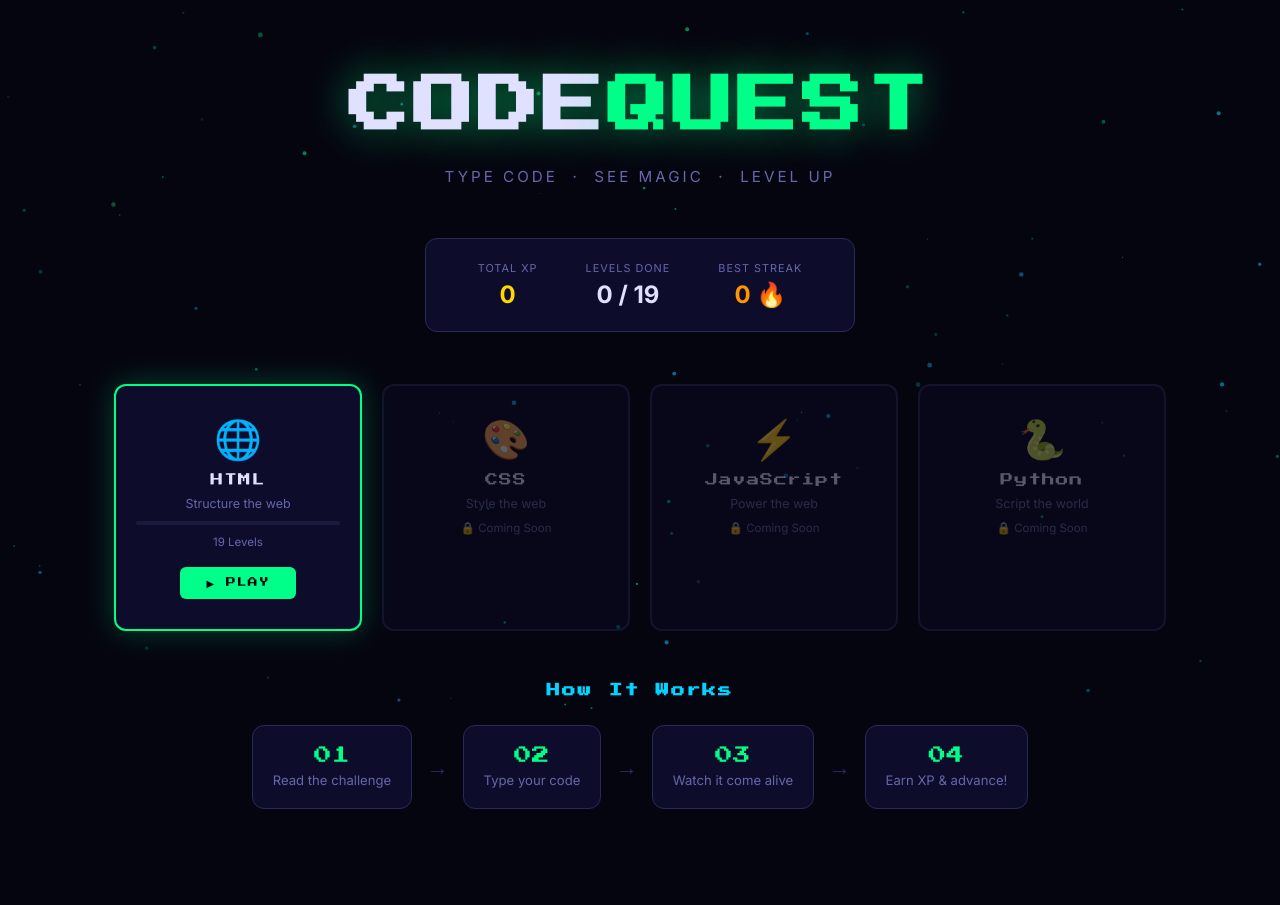
Repository: IBNKHALID06/CodeQuest
Page: index.html
The author's editor kept a copy of each file at every save. The page is drawn from the files as they stood at one save, then again after the next save.
The browser window is 1280 px wide. The pictures show the whole page.

Above is the page before, as saved 2026-03-17 01:31:45.

### index.html
<!DOCTYPE html>
<html lang="en">
<head>
  <meta charset="UTF-8">
  <meta name="viewport" content="width=device-width, initial-scale=1.0">
  <title>CodeQuest — Learn to Code by Playing</title>
  <link rel="preconnect" href="https://fonts.googleapis.com">
  <link rel="preconnect" href="https://fonts.gstatic.com" crossorigin>
  <link href="https://fonts.googleapis.com/css2?family=Press+Start+2P&family=Fira+Code:wght@400;500;600&family=Inter:wght@400;500;600;700&display=swap" rel="stylesheet">
  <link rel="stylesheet" href="css/style.css">
</head>
<body class="menu-page">

  <canvas id="bg-canvas"></canvas>

  <main class="menu-main">

    <div class="title-section">
      <h1 class="game-title">CODE<span class="title-accent">QUEST</span></h1>
      <p class="game-subtitle">Type code &nbsp;·&nbsp; See magic &nbsp;·&nbsp; Level up</p>
    </div>

    <div class="stats-bar">
      <div class="stat">
        <span class="stat-label">Total XP</span>
        <span class="stat-value gold" id="total-xp">0</span>
      </div>
      <div class="stat">
        <span class="stat-label">Levels Done</span>
        <span class="stat-value" id="levels-done">0 / 19</span>
      </div>
      <div class="stat">
        <span class="stat-label">Best Streak</span>
        <span class="stat-value accent" id="best-streak">0 🔥</span>
      </div>
    </div>

    <div class="language-grid">

      <div class="lang-card active" onclick="startGame('html')">
        <div class="lang-icon">🌐</div>
        <div class="lang-name">HTML</div>
        <div class="lang-desc">Structure the web</div>
        <div class="lang-progress">
          <div class="progress-bar" id="html-bar" style="width:0%"></div>
        </div>
        <div class="lang-levels">19 Levels</div>
        <div class="play-btn">▶ PLAY</div>
      </div>

      <div class="lang-card locked">
        <div class="lang-icon">🎨</div>
        <div class="lang-name">CSS</div>
        <div class="lang-desc">Style the web</div>
        <div class="lang-levels locked-text">🔒 Coming Soon</div>
      </div>

      <div class="lang-card locked">
        <div class="lang-icon">⚡</div>
        <div class="lang-name">JavaScript</div>
        <div class="lang-desc">Power the web</div>
        <div class="lang-levels locked-text">🔒 Coming Soon</div>
      </div>

      <div class="lang-card locked">
        <div class="lang-icon">🐍</div>
        <div class="lang-name">Python</div>
        <div class="lang-desc">Script the world</div>
        <div class="lang-levels locked-text">🔒 Coming Soon</div>
      </div>

    </div>

    <div class="how-it-works">
      <h2 class="section-title">How It Works</h2>
      <div class="steps">
        <div class="step">
          <div class="step-num">01</div>
          <div class="step-text">Read the challenge</div>
        </div>
        <div class="step-arrow">→</div>
        <div class="step">
          <div class="step-num">02</div>
          <div class="step-text">Type your code</div>
        </div>
        <div class="step-arrow">→</div>
        <div class="step">
          <div class="step-num">03</div>
          <div class="step-text">Watch it come alive</div>
        </div>
        <div class="step-arrow">→</div>
        <div class="step">
          <div class="step-num">04</div>
          <div class="step-text">Earn XP &amp; advance!</div>
        </div>
      </div>
    </div>

  </main>

  <script>
    function loadStats() {
      const data = JSON.parse(localStorage.getItem('codequest') || '{}');
      document.getElementById('total-xp').textContent = (data.totalXP || 0).toLocaleString();
      const completed = (data.completed || []).length;
      document.getElementById('levels-done').textContent = completed + ' / 19';
      document.getElementById('best-streak').textContent = (data.bestStreak || 0) + ' 🔥';
      document.getElementById('html-bar').style.width = ((completed / 19) * 100) + '%';
    }

    function startGame(lang) {
      window.location.href = 'game.html?lang=' + lang;
    }

    // Particle background
    const canvas = document.getElementById('bg-canvas');
    const ctx = canvas.getContext('2d');
    function resizeCanvas() {
      canvas.width = window.innerWidth;
      canvas.height = window.innerHeight;
    }
    resizeCanvas();
    window.addEventListener('resize', resizeCanvas);

    const particles = Array.from({ length: 90 }, () => ({
      x: Math.random() * canvas.width,
      y: Math.random() * canvas.height,
      size: Math.random() * 2 + 0.5,
      speedX: (Math.random() - 0.5) * 0.4,
      speedY: -(Math.random() * 0.5 + 0.15),
      opacity: Math.random() * 0.45 + 0.1,
      color: Math.random() > 0.5 ? '#00ff88' : '#00d4ff'
    }));

    function animateBg() {
      ctx.clearRect(0, 0, canvas.width, canvas.height);
      particles.forEach(p => {
        p.x += p.speedX;
        p.y += p.speedY;
        if (p.y < -5) { p.y = canvas.height + 5; p.x = Math.random() * canvas.width; }
        ctx.beginPath();
        ctx.arc(p.x, p.y, p.size, 0, Math.PI * 2);
        ctx.fillStyle = p.color;
        ctx.globalAlpha = p.opacity;
        ctx.fill();
      });
      ctx.globalAlpha = 1;
      requestAnimationFrame(animateBg);
    }
    animateBg();

    loadStats();
  </script>

</body>
</html>

### css/style.css
/* ══════════════════════════════════════════
   CodeQuest — Game Stylesheet
   ══════════════════════════════════════════ */

/* ── Variables ─────────────────────────── */
:root {
  --bg:            #050510;
  --surface:       #0d0d2b;
  --surface2:      #1a1a3e;
  --border:        #2a2a5a;
  --primary:       #00ff88;
  --primary-dim:   rgba(0, 255, 136, 0.12);
  --secondary:     #00d4ff;
  --secondary-dim: rgba(0, 212, 255, 0.12);
  --accent:        #ff9500;
  --danger:        #ff4757;
  --gold:          #ffd700;
  --text:          #e0e0ff;
  --text-dim:      #6666aa;
  --editor-bg:     #1e1e3f;

  --font-ui:   'Inter', sans-serif;
  --font-code: 'Fira Code', monospace;
  --font-game: 'Press Start 2P', monospace;

  --radius:    12px;
  --radius-sm: 6px;

  --glow-green: 0 0 30px rgba(0, 255, 136, 0.25);
  --glow-cyan:  0 0 30px rgba(0, 212, 255, 0.25);
  --transition: all 0.2s ease;
}

/* ── Reset & Base ───────────────────────── */
*, *::before, *::after { box-sizing: border-box; margin: 0; padding: 0; }
html { font-size: 16px; }
body {
  background: var(--bg);
  color: var(--text);
  font-family: var(--font-ui);
  min-height: 100vh;
  overflow-x: hidden;
}
a { color: inherit; text-decoration: none; }
button { cursor: pointer; border: none; outline: none; font-family: var(--font-ui); }


/* ══════════════════════════════════════════
   MENU PAGE
   ══════════════════════════════════════════ */

#bg-canvas {
  position: fixed;
  inset: 0;
  pointer-events: none;
  z-index: 0;
}

.menu-main {
  position: relative;
  z-index: 1;
  max-width: 1100px;
  margin: 0 auto;
  padding: 64px 24px 96px;
  display: flex;
  flex-direction: column;
  align-items: center;
  gap: 52px;
}

/* Title */
.title-section { text-align: center; }

.game-title {
  font-family: var(--font-game);
  font-size: clamp(1.8rem, 5.5vw, 3.8rem);
  letter-spacing: 4px;
  color: var(--text);
  text-shadow:
    0 0 40px rgba(0, 255, 136, 0.45),
    0 0 80px rgba(0, 255, 136, 0.15);
  line-height: 1.4;
}
.title-accent { color: var(--primary); }

.game-subtitle {
  margin-top: 18px;
  font-size: 0.95rem;
  color: var(--text-dim);
  letter-spacing: 3px;
  text-transform: uppercase;
}

/* Stats bar */
.stats-bar {
  display: flex;
  gap: 48px;
  padding: 22px 52px;
  background: var(--surface);
  border: 1px solid var(--border);
  border-radius: var(--radius);
}
.stat {
  display: flex;
  flex-direction: column;
  align-items: center;
  gap: 5px;
}
.stat-label {
  font-size: 0.68rem;
  color: var(--text-dim);
  text-transform: uppercase;
  letter-spacing: 1px;
}
.stat-value      { font-size: 1.5rem; font-weight: 700; color: var(--text); }
.stat-value.gold   { color: var(--gold); }
.stat-value.accent { color: var(--accent); }

/* Language grid */
.language-grid {
  display: grid;
  grid-template-columns: repeat(4, 1fr);
  gap: 20px;
  width: 100%;
}

.lang-card {
  background: var(--surface);
  border: 2px solid var(--border);
  border-radius: var(--radius);
  padding: 30px 20px;
  display: flex;
  flex-direction: column;
  align-items: center;
  gap: 10px;
  transition: var(--transition);
  text-align: center;
}
.lang-card.active {
  border-color: var(--primary);
  box-shadow: var(--glow-green);
  cursor: pointer;
}
.lang-card.active:hover {
  transform: translateY(-5px);
  box-shadow: 0 0 55px rgba(0, 255, 136, 0.38);
}
.lang-card.locked { opacity: 0.38; cursor: not-allowed; }

.lang-icon  { font-size: 2.4rem; }
.lang-name  { font-family: var(--font-game); font-size: 0.8rem; color: var(--text); letter-spacing: 1px; }
.lang-desc  { font-size: 0.78rem; color: var(--text-dim); }
.lang-levels { font-size: 0.72rem; color: var(--text-dim); }
.locked-text { color: var(--text-dim); }

.lang-progress {
  width: 100%;
  height: 4px;
  background: var(--surface2);
  border-radius: 2px;
  overflow: hidden;
}
.progress-bar {
  height: 100%;
  background: linear-gradient(to right, var(--primary), var(--secondary));
  border-radius: 2px;
  transition: width 0.6s ease;
}

.play-btn {
  margin-top: 8px;
  padding: 10px 26px;
  background: var(--primary);
  color: #050510;
  font-family: var(--font-game);
  font-size: 0.62rem;
  border-radius: var(--radius-sm);
  letter-spacing: 1px;
  transition: var(--transition);
}
.lang-card.active:hover .play-btn {
  background: #00ff99;
  transform: scale(1.05);
}

/* How it works */
.how-it-works { width: 100%; text-align: center; }
.section-title {
  font-family: var(--font-game);
  font-size: 0.85rem;
  color: var(--secondary);
  letter-spacing: 2px;
  margin-bottom: 28px;
}
.steps {
  display: flex;
  align-items: center;
  justify-content: center;
  gap: 14px;
  flex-wrap: wrap;
}
.step {
  display: flex;
  flex-direction: column;
  align-items: center;
  gap: 8px;
  padding: 20px;
  background: var(--surface);
  border: 1px solid var(--border);
  border-radius: var(--radius);
  min-width: 136px;
}
.step-num  { font-family: var(--font-game); font-size: 1.1rem; color: var(--primary); }
.step-text { font-size: 0.82rem; color: var(--text-dim); }
.step-arrow { font-size: 1.4rem; color: var(--border); }


/* ══════════════════════════════════════════
   GAME PAGE
   ══════════════════════════════════════════ */

.game-page {
  display: flex;
  flex-direction: column;
  height: 100vh;
  overflow: hidden;
}

/* HUD */
.hud {
  display: flex;
  align-items: center;
  justify-content: space-between;
  padding: 0 20px;
  height: 54px;
  background: var(--surface);
  border-bottom: 1px solid var(--border);
  flex-shrink: 0;
  z-index: 10;
}
.hud-logo {
  font-family: var(--font-game);
  font-size: 0.58rem;
  color: var(--primary);
  letter-spacing: 1px;
  transition: var(--transition);
}
.hud-logo:hover { opacity: 0.65; }

.hud-center {
  display: flex;
  flex-direction: column;
  align-items: center;
  gap: 5px;
}
.hud-level-info {
  display: flex;
  align-items: center;
  gap: 8px;
}
.hud-label { font-size: 0.62rem; color: var(--text-dim); text-transform: uppercase; letter-spacing: 1px; }
.hud-value      { font-family: var(--font-game); font-size: 0.68rem; color: var(--text); }
.hud-value.gold   { color: var(--gold); }
.hud-value.accent { color: var(--accent); }

.level-dots { display: flex; gap: 5px; }
.level-dot {
  width: 8px;
  height: 8px;
  border-radius: 50%;
  background: var(--border);
  transition: var(--transition);
}
.level-dot.done   { background: var(--primary); }
.level-dot.active { background: var(--secondary); box-shadow: 0 0 8px var(--secondary); }

.hud-right { display: flex; align-items: center; gap: 22px; }
.hud-stat  { display: flex; align-items: center; gap: 6px; }

/* Game area — 3 columns */
.game-area {
  display: grid;
  grid-template-columns: 272px 1fr 1fr;
  flex: 1;
  overflow: hidden;
}

/* ── Challenge panel ─────────────────────── */
.challenge-panel {
  background: var(--surface);
  border-right: 1px solid var(--border);
  padding: 20px;
  display: flex;
  flex-direction: column;
  gap: 16px;
  overflow-y: auto;
}

.challenge-header { display: flex; align-items: center; gap: 12px; }
.challenge-badge  { font-size: 2rem; filter: drop-shadow(0 0 10px rgba(255,255,255,0.25)); }
.challenge-meta   { display: flex; flex-direction: column; gap: 3px; }
.challenge-chapter {
  font-size: 0.62rem;
  color: var(--secondary);
  text-transform: uppercase;
  letter-spacing: 1px;
}
.challenge-xp { font-size: 0.8rem; color: var(--gold); font-weight: 600; }

.challenge-title { font-size: 1.1rem; font-weight: 700; color: var(--text); line-height: 1.35; }
.challenge-desc  { font-size: 0.88rem; color: var(--text-dim); line-height: 1.75; }

.lesson-box {
  padding: 14px;
  background: var(--primary-dim);
  border: 1px solid rgba(0, 255, 136, 0.25);
  border-radius: var(--radius-sm);
  margin-bottom: 12px;
}
.lesson-title {
  font-size: 0.7rem;
  color: var(--primary);
  text-transform: uppercase;
  letter-spacing: 1px;
  font-weight: 700;
  margin-bottom: 8px;
}
.lesson-content {
  font-size: 0.8rem;
  color: var(--text);
  line-height: 1.65;
}
.lesson-content p { margin-bottom: 8px; }
.lesson-content p:last-child { margin-bottom: 0; }

.challenge-tip {
  display: flex;
  gap: 9px;
  padding: 12px;
  background: var(--primary-dim);
  border: 1px solid rgba(0, 255, 136, 0.18);
  border-radius: var(--radius-sm);
  font-size: 0.8rem;
  color: var(--text);
  line-height: 1.55;
}
.tip-icon { flex-shrink: 0; }

.challenge-tip {
  display: flex;
  gap: 9px;
  padding: 12px;
  background: var(--primary-dim);
  border: 1px solid rgba(0, 255, 136, 0.18);
  border-radius: var(--radius-sm);
  font-size: 0.8rem;
  color: var(--text);
  line-height: 1.55;
}
.tip-icon { flex-shrink: 0; }

.challenge-actions { display: flex; gap: 8px; }
.btn-hint, .btn-reset {
  flex: 1;
  padding: 9px 8px;
  border-radius: var(--radius-sm);
  font-size: 0.76rem;
  font-weight: 600;
  transition: var(--transition);
}
.btn-hint {
  background: var(--secondary-dim);
  border: 1px solid var(--secondary);
  color: var(--secondary);
}
.btn-hint:hover { background: rgba(0, 212, 255, 0.22); }
.btn-reset {
  background: transparent;
  border: 1px solid var(--border);
  color: var(--text-dim);
}
.btn-reset:hover { border-color: var(--text-dim); color: var(--text); }

.hint-box {
  padding: 12px;
  background: var(--editor-bg);
  border: 1px solid var(--secondary);
  border-radius: var(--radius-sm);
  animation: fadeIn 0.3s ease;
}
.hint-box code {
  font-family: var(--font-code);
  font-size: 0.84rem;
  color: var(--secondary);
  white-space: pre-wrap;
  word-wrap: break-word;
  overflow-x: auto;
}

.hint-box.small-hint {
  border-color: var(--secondary);
  background: var(--secondary-dim);
  color: var(--text);
  font-size: 0.85rem;
}

.hint-box.full-hint {
  border-color: var(--danger);
  background: rgba(255, 71, 87, 0.12);
}
.hint-warning {
  color: var(--danger);
  font-size: 0.75rem;
  font-weight: 700;
  margin-bottom: 8px;
  text-transform: uppercase;
  letter-spacing: 0.5px;
}

.challenge-progress {
  margin-top: auto;
  padding-top: 16px;
  border-top: 1px solid var(--border);
}
.cp-bar {
  height: 6px;
  background: var(--surface2);
  border-radius: 3px;
  overflow: hidden;
  margin-bottom: 6px;
}
.cp-fill {
  height: 100%;
  background: linear-gradient(to right, var(--primary), var(--secondary));
  border-radius: 3px;
  transition: width 0.55s ease;
}
.cp-label { font-size: 0.7rem; color: var(--text-dim); }

/* ── Panel shared header ───────────────── */
.panel-header {
  display: flex;
  align-items: center;
  gap: 10px;
  padding: 10px 16px;
  background: var(--surface2);
  border-bottom: 1px solid var(--border);
  flex-shrink: 0;
}
.panel-title { font-size: 0.78rem; font-weight: 600; color: var(--text-dim); letter-spacing: 0.5px; }

/* ── Editor panel ──────────────────────── */
.editor-panel {
  display: flex;
  flex-direction: column;
  border-right: 1px solid var(--border);
  overflow: hidden;
}

.editor-lang-badge {
  padding: 2px 8px;
  background: rgba(255, 149, 0, 0.12);
  border: 1px solid rgba(255, 149, 0, 0.4);
  border-radius: 4px;
  font-size: 0.62rem;
  font-weight: 700;
  color: var(--accent);
  letter-spacing: 1px;
}

.editor-status {
  margin-left: auto;
  display: flex;
  align-items: center;
  gap: 6px;
  font-size: 0.74rem;
  color: var(--text-dim);
}
.status-dot {
  width: 8px;
  height: 8px;
  border-radius: 50%;
  background: var(--text-dim);
  transition: background 0.2s, box-shadow 0.2s;
}
.status-dot.waiting { background: var(--text-dim); }
.status-dot.typing  { background: var(--accent); }
.status-dot.correct {
  background: var(--primary);
  box-shadow: 0 0 8px var(--primary);
  animation: pulse-dot 0.9s infinite;
}
.status-dot.wrong { background: var(--danger); }

@keyframes pulse-dot {
  0%, 100% { opacity: 1; }
  50%       { opacity: 0.35; }
}

.editor-wrapper {
  display: flex;
  flex: 1;
  overflow: hidden;
  background: var(--editor-bg);
}

.line-numbers {
  padding: 16px 10px 16px 12px;
  font-family: var(--font-code);
  font-size: 0.85rem;
  line-height: 1.6;
  color: var(--text-dim);
  text-align: right;
  user-select: none;
  background: rgba(0, 0, 0, 0.18);
  border-right: 1px solid var(--border);
  white-space: pre;
  flex-shrink: 0;
  min-width: 44px;
  overflow: hidden;
}

.code-editor {
  flex: 1;
  background: transparent;
  border: none;
  outline: none;
  resize: none;
  padding: 16px;
  font-family: var(--font-code);
  font-size: 0.9rem;
  line-height: 1.6;
  color: #c9d1d9;
  caret-color: var(--primary);
  overflow-y: auto;
  tab-size: 2;
}
.code-editor::placeholder { color: var(--text-dim); opacity: 0.45; }

/* ── Preview panel ─────────────────────── */
.preview-panel {
  display: flex;
  flex-direction: column;
  overflow: hidden;
}

.preview-pulse {
  width: 8px;
  height: 8px;
  border-radius: 50%;
  background: var(--text-dim);
  margin-left: auto;
  transition: var(--transition);
}
.preview-pulse.active {
  background: var(--primary);
  box-shadow: 0 0 8px var(--primary);
  animation: pulse-dot 0.45s ease;
}

.preview-wrapper {
  flex: 1;
  overflow: hidden;
  background: #fff;
}
#preview-frame {
  width: 100%;
  height: 100%;
  border: none;
}


/* ══════════════════════════════════════════
   WIN / COMPLETE OVERLAY
   ══════════════════════════════════════════ */

.win-overlay {
  position: fixed;
  inset: 0;
  background: rgba(5, 5, 16, 0.82);
  backdrop-filter: blur(14px);
  display: flex;
  align-items: center;
  justify-content: center;
  z-index: 1000;
  animation: fadeIn 0.3s ease;
}

.win-card {
  position: relative;
  background: var(--surface);
  border: 2px solid var(--primary);
  border-radius: 20px;
  padding: 48px 56px;
  text-align: center;
  box-shadow: var(--glow-green), 0 24px 64px rgba(0, 0, 0, 0.55);
  max-width: 480px;
  width: 90%;
  overflow: hidden;
  display: flex;
  flex-direction: column;
  align-items: center;
  gap: 12px;
}

#confetti-canvas {
  position: absolute;
  inset: 0;
  width: 100%;
  height: 100%;
  pointer-events: none;
}

.win-badge-anim {
  font-size: 3.8rem;
  animation: bounceIn 0.55s cubic-bezier(0.175, 0.885, 0.32, 1.275);
  position: relative;
  z-index: 1;
}
.win-title {
  font-family: var(--font-game);
  font-size: clamp(0.85rem, 2.4vw, 1.25rem);
  color: var(--primary);
  letter-spacing: 2px;
  text-shadow: var(--glow-green);
  position: relative; z-index: 1;
  animation: fadeInUp 0.4s 0.15s both;
}
.win-stars {
  font-size: 2rem;
  letter-spacing: 8px;
  position: relative; z-index: 1;
  animation: fadeInUp 0.4s 0.25s both;
}
.win-xp-gain {
  font-family: var(--font-game);
  font-size: 1.05rem;
  color: var(--gold);
  text-shadow: 0 0 20px rgba(255, 215, 0, 0.5);
  position: relative; z-index: 1;
  animation: fadeInUp 0.4s 0.35s both;
}
.win-message {
  font-size: 0.92rem;
  color: var(--text-dim);
  line-height: 1.6;
  position: relative; z-index: 1;
  animation: fadeInUp 0.4s 0.4s both;
}
.btn-next {
  display: inline-block;
  margin-top: 8px;
  padding: 14px 38px;
  background: var(--primary);
  color: #050510;
  font-family: var(--font-game);
  font-size: 0.68rem;
  border-radius: var(--radius-sm);
  letter-spacing: 1px;
  transition: var(--transition);
  position: relative; z-index: 1;
  animation: fadeInUp 0.4s 0.5s both;
}
.btn-next:hover {
  background: #00ff99;
  transform: scale(1.05);
  box-shadow: var(--glow-green);
}


/* ══════════════════════════════════════════
   ANIMATIONS
   ══════════════════════════════════════════ */

@keyframes fadeIn {
  from { opacity: 0; }
  to   { opacity: 1; }
}
@keyframes fadeInUp {
  from { opacity: 0; transform: translateY(18px); }
  to   { opacity: 1; transform: translateY(0); }
}
@keyframes bounceIn {
  from { transform: scale(0) rotate(-12deg); opacity: 0; }
  to   { transform: scale(1) rotate(0deg);   opacity: 1; }
}
@keyframes xpFloat {
  0%   { transform: translateY(0);    opacity: 1; }
  100% { transform: translateY(-64px); opacity: 0; }
}

.xp-float {
  position: fixed;
  font-family: var(--font-game);
  font-size: 0.75rem;
  color: var(--gold);
  pointer-events: none;
  animation: xpFloat 1.5s ease forwards;
  z-index: 999;
  text-shadow: 0 0 12px rgba(255, 215, 0, 0.55);
}


/* ══════════════════════════════════════════
   RESPONSIVE
   ══════════════════════════════════════════ */

@media (max-width: 960px) {
  .game-area {
    grid-template-columns: 1fr 1fr;
    grid-template-rows: auto 1fr;
  }
  .challenge-panel {
    grid-column: 1 / -1;
    border-right: none;
    border-bottom: 1px solid var(--border);
    max-height: 200px;
    overflow-y: auto;
  }
  .challenge-progress { display: none; }
}

@media (max-width: 620px) {
  .language-grid { grid-template-columns: 1fr 1fr; }
  .stats-bar     { gap: 20px; padding: 16px 24px; }
  .steps         { flex-direction: column; }
  .step-arrow    { transform: rotate(90deg); }
  .game-area {
    grid-template-columns: 1fr;
    grid-template-rows: auto 1fr 1fr;
  }
  .hud-logo { display: none; }
}

After the next save:
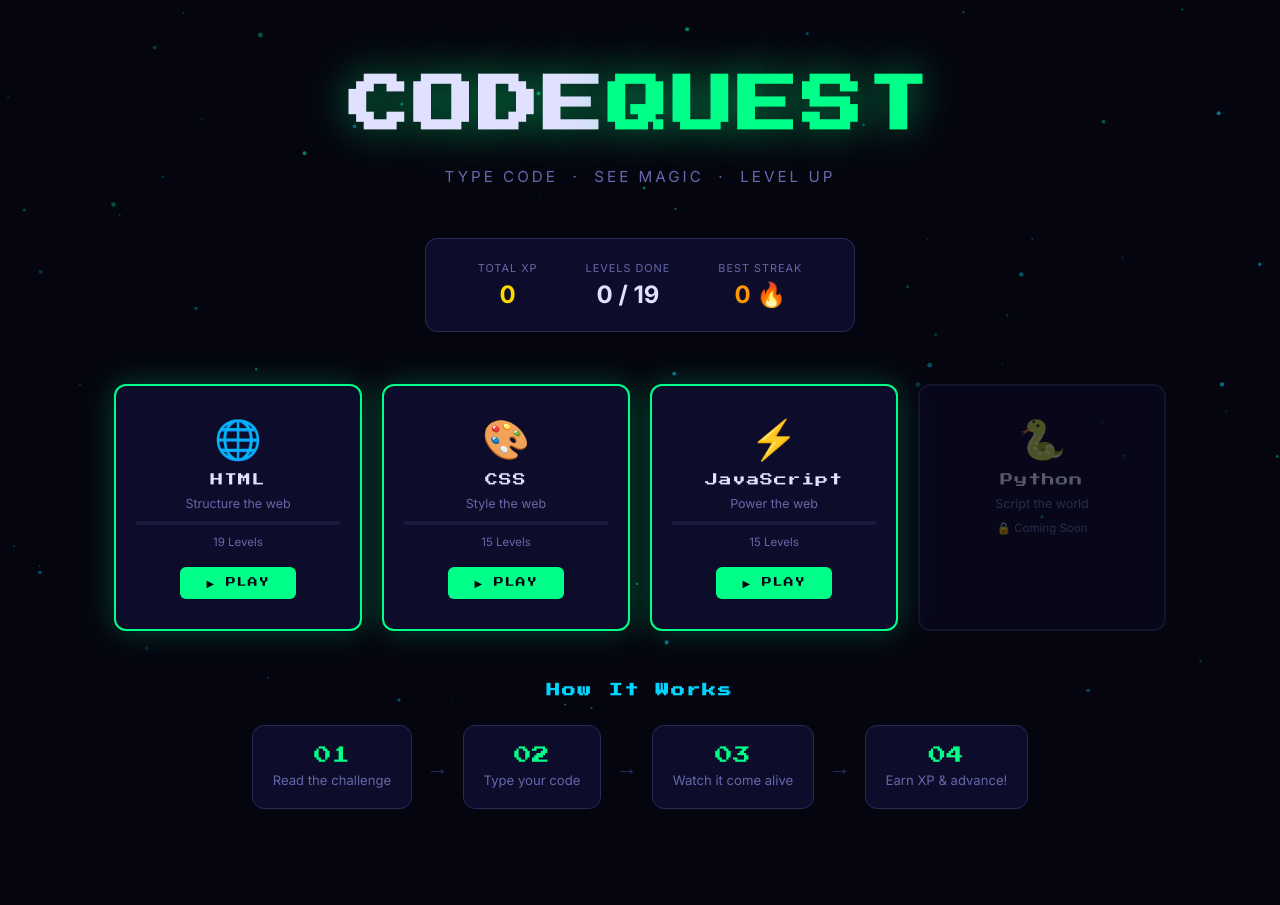
Saved 23 s later.
--- a/index.html
+++ b/index.html
@@ -48,18 +48,26 @@
         <div class="play-btn">▶ PLAY</div>
       </div>
 
-      <div class="lang-card locked">
+      <div class="lang-card active" onclick="startGame('css')">
         <div class="lang-icon">🎨</div>
         <div class="lang-name">CSS</div>
         <div class="lang-desc">Style the web</div>
-        <div class="lang-levels locked-text">🔒 Coming Soon</div>
+        <div class="lang-progress">
+          <div class="progress-bar" id="css-bar" style="width:0%"></div>
+        </div>
+        <div class="lang-levels">15 Levels</div>
+        <div class="play-btn">▶ PLAY</div>
       </div>
 
-      <div class="lang-card locked">
+      <div class="lang-card active" onclick="startGame('js')">
         <div class="lang-icon">⚡</div>
         <div class="lang-name">JavaScript</div>
         <div class="lang-desc">Power the web</div>
-        <div class="lang-levels locked-text">🔒 Coming Soon</div>
+        <div class="lang-progress">
+          <div class="progress-bar" id="js-bar" style="width:0%"></div>
+        </div>
+        <div class="lang-levels">15 Levels</div>
+        <div class="play-btn">▶ PLAY</div>
       </div>
 
       <div class="lang-card locked">
